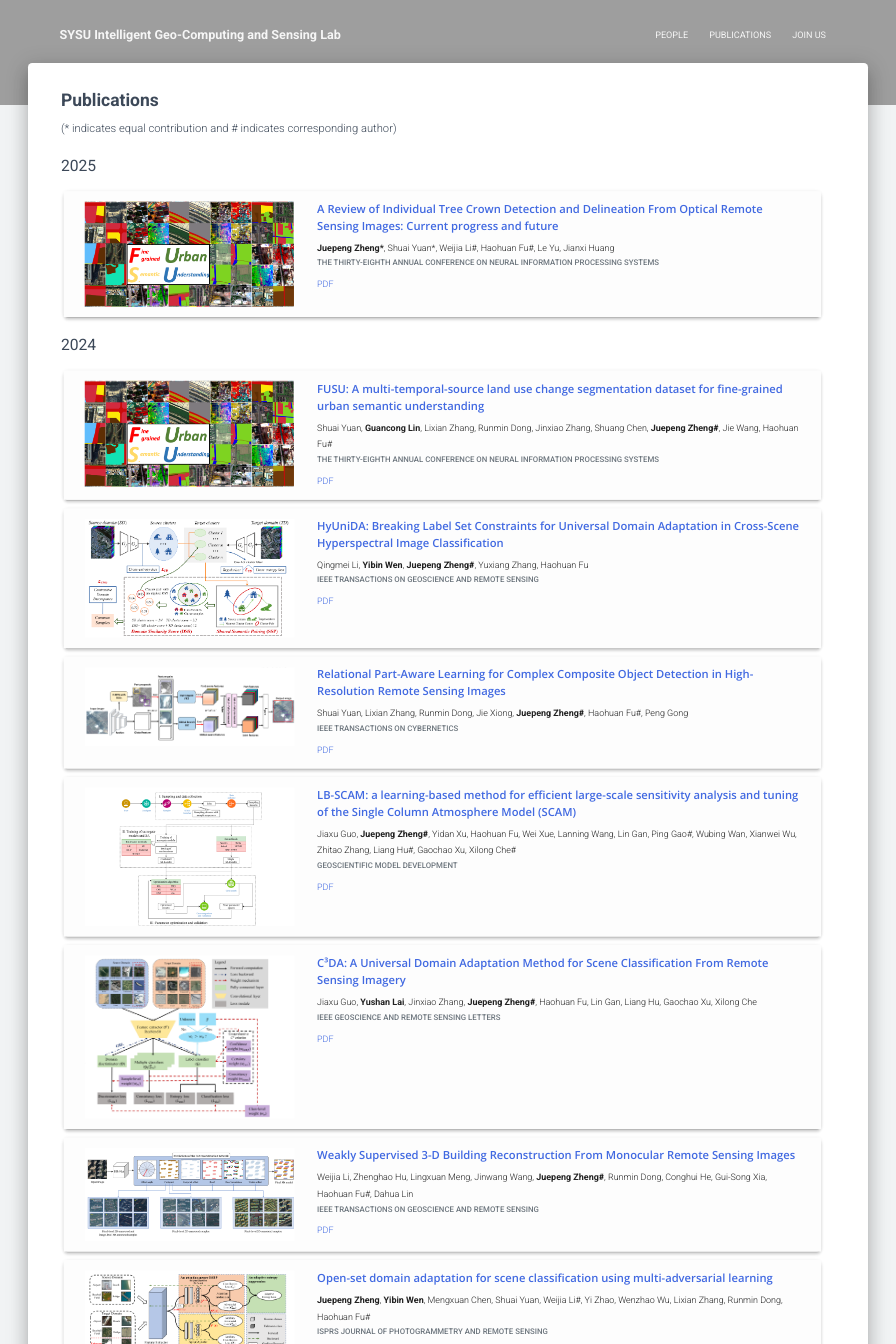
Repository: rssysu/rssysu.github.io
Page: pub.html
These files come from the project's save history. The page is drawn as it stood at one moment and after the next save; the edit follows.
The browser window is 1280 px wide. The pictures show the part of the page from y = 0 to 1920 px (the page is 4146 px tall before and 4215 px after), at 70% of full size.
Pictures or frames that could not be fetched are drawn as grey boxes. Some web libraries are served in a nearby version.

Above is the page before, as saved 2025-03-21 17:37:36.

After the next save:
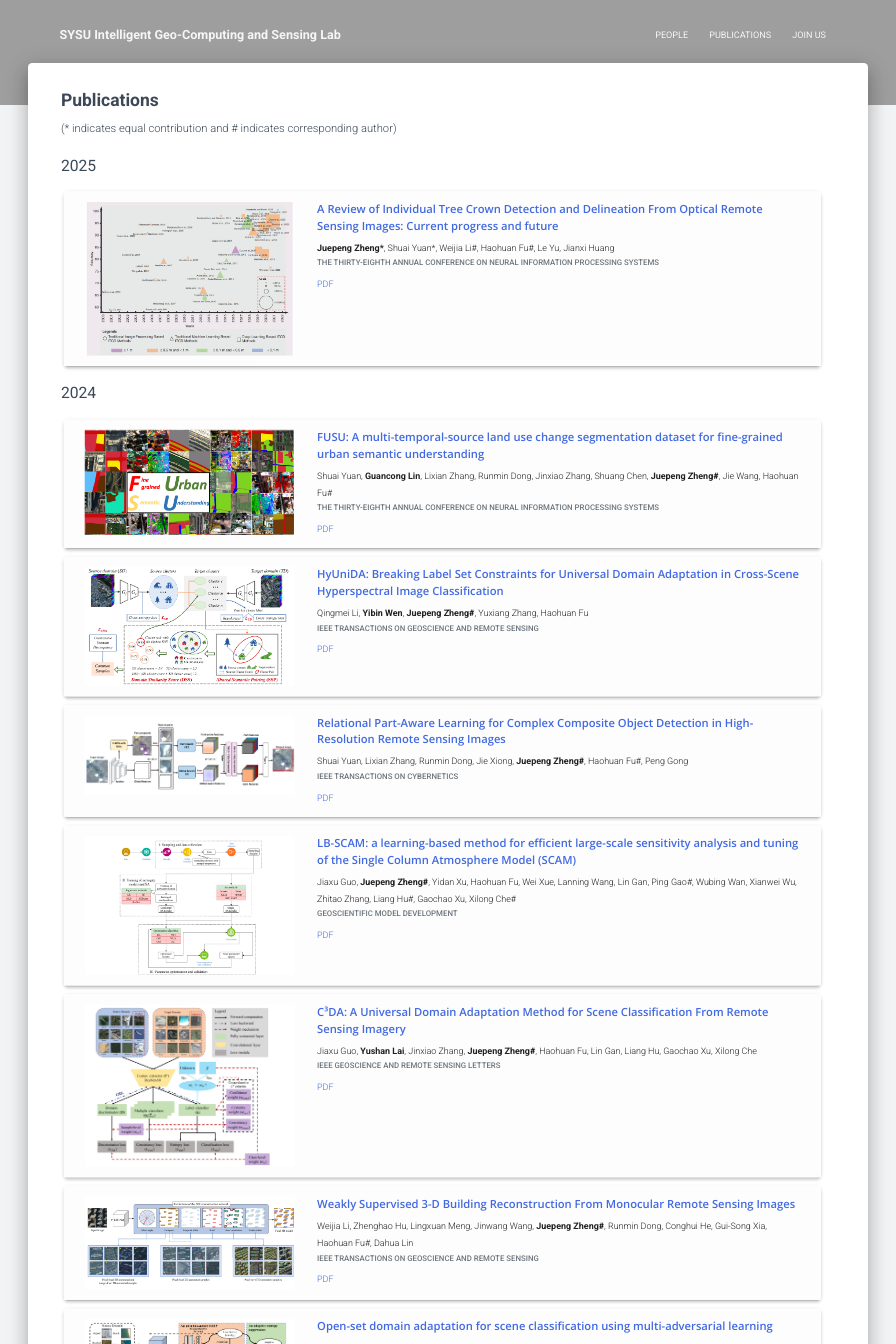
Saved 9 s later.
--- a/pub.html
+++ b/pub.html
@@ -75,7 +75,7 @@
         <div class="row-pub all">
           <div class="card" style="width: 97%;">
             <div class="card-body" style="background-color: rgb(253, 253, 253);">
-              <img class="card-pic-left" src="assets/paper/fusu.png" width=300px>
+              <img class="card-pic-left" src="assets/paper/review.png" width=300px>
               <h4 class="card-title" style="margin-top: -0.1em;"><a href="https://openreview.net/forum?id=QLO0pXYKVi#discussion">A Review of Individual Tree Crown Detection and Delineation From Optical Remote Sensing Images: Current progress and future</a>  </h4>
               <p class="card-text"><b>Juepeng Zheng*</b>, Shuai Yuan*, Weijia Li#, Haohuan Fu#, Le Yu, Jianxi Huang</p>
               <h6 class="card-subtitle mb-2 text-muted">The Thirty-Eighth Annual Conference on Neural Information Processing Systems</h6>
